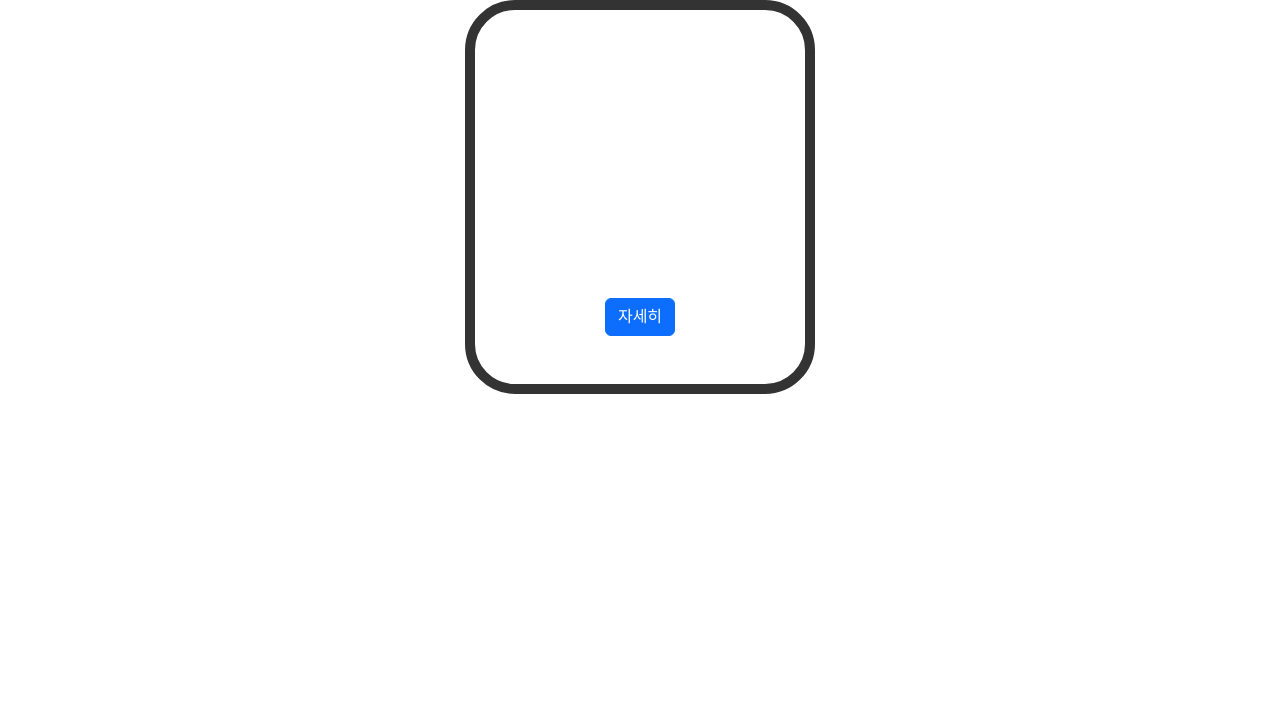
Repository: kimSummerrain/KairosHackathon
Page: venvs/karios/templates/startscreen.html
The author's editor kept a copy of each file at every save. The page is drawn from the files as they stood at one save, then again after the next save.
The browser window is 1280 px wide. The pictures show the whole page.

Above is the page before, as saved 2024-02-26 19:22:10.
Console error: SyntaxError: Unexpected token '{'

After the next save:
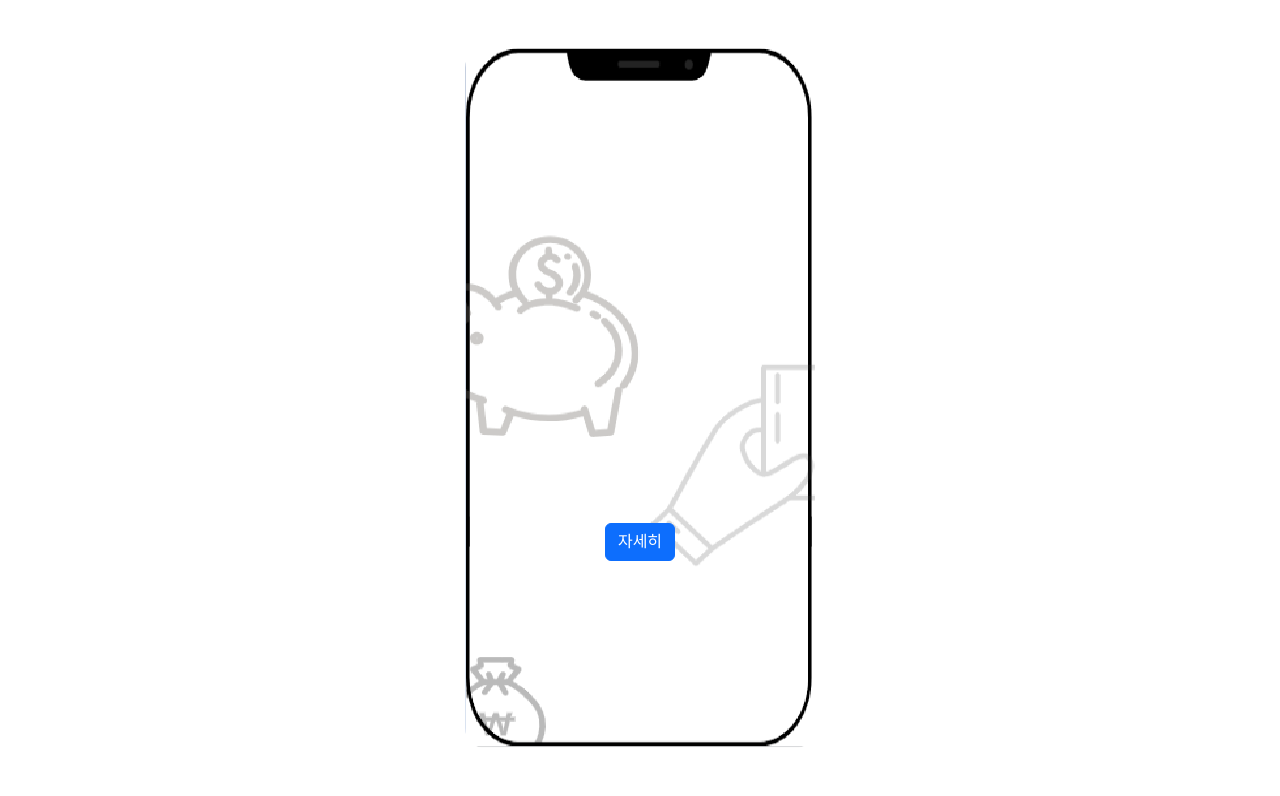
Saved 2 min 11 s later.
--- a/venvs/karios/templates/startscreen.html
+++ b/venvs/karios/templates/startscreen.html
@@ -14,13 +14,18 @@
 </head>
 
 <body>
-    <div class="container-fluid p-5 bg-white text-black text-center rounded-rectangle-2">
-        <p id="date"></p>
-        <h1 id="time"></h1>
-        <h1 class="margin-top"></h1>
-        <h5 id="month"></h5>
-        <h2 id="amount"></h2>
-        <a class="btn btn-primary" href="/detail">자세히</a>
+    <div class="container-fluid p-5 bg-white text-black text-center">
+        <div class="container-img">
+            <img src="static/smartphone.png" alt="">
+            <div class="text-overlay">
+                <p id="date"></p>
+                <h1 id="time"></h1>
+                <h1 class="margin-top"></h1>
+                <h5 id="month"></h5>
+                <h2 id="amount"></h2>
+                <a class="btn btn-primary" href="/detail">자세히</a>
+            </div>
+        </div>
     </div>
 
     <script>
